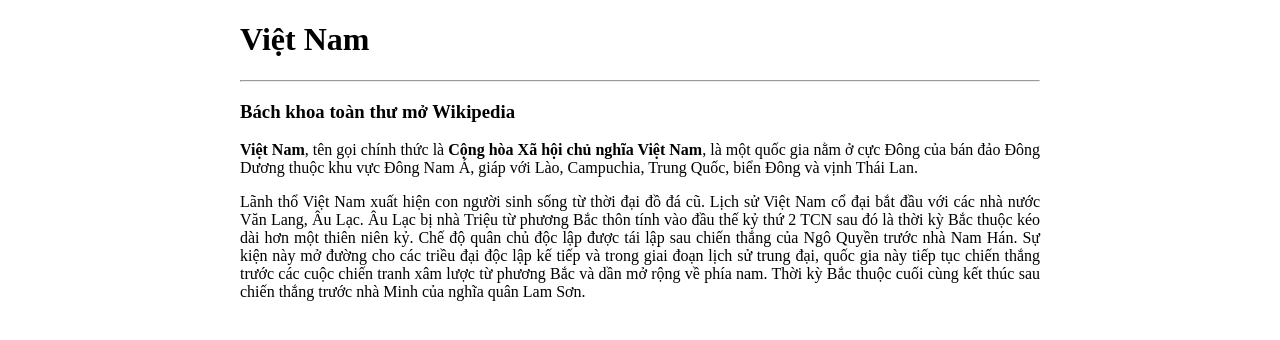
Repository: nguyenhung50497/MD2_cssCanBan
Page: dinhDangVanBanCSS/index.html
The author's editor kept a copy of each file at every save. The page is drawn from the files as they stood at one save, then again after a run of saves.
The browser window is 1280 px wide. The pictures show the whole page.

Above is the page before, as saved 2022-11-28 10:58:47.

### dinhDangVanBanCSS/index.html
<!DOCTYPE html>
<html lang="en">
<head>
    <meta charset="UTF-8">
    <meta http-equiv="X-UA-Compatible" content="IE=edge">
    <meta name="viewport" content="width=device-width, initial-scale=1.0">
    <link rel="stylesheet" href="main.css">
    <title>Document</title>
</head>
<body>
    <div>
        <h1>Việt Nam</h1>
        <hr>
        <h3>Bách khoa toàn thư mở Wikipedia</h3>
        <p><strong>Việt Nam</strong>, tên gọi chính thức là <strong>Cộng hòa Xã hội chủ nghĩa Việt Nam</strong>, là một <span class="span2">quốc gia</span> nằm ở cực Đông của <span class="span2">bán đảo Đông Dương</span> thuộc khu vực <span class="span2">Đông Nam Á</span>, giáp với <span class="span2">Lào, Campuchia, Trung Quốc, biển Đông</span> và <span class="span2">vịnh Thái Lan</span>.</p>

        <p>Lãnh thổ Việt Nam xuất hiện con người sinh sống từ <span class="span2">thời đại đồ đá cũ</span>. Lịch sử Việt Nam cổ đại bắt đầu với các nhà nước <span class="span2">Văn Lang, Âu Lạc</span>. Âu Lạc bị <span class="span2">nhà Triệu</span> từ phương Bắc thôn tính vào đầu thế kỷ thứ 2 TCN sau đó là thời kỳ <span class="span2">Bắc thuộc</span> kéo dài hơn một <span class="span2">thiên niên kỷ</span>. Chế độ quân chủ độc lập được tái lập sau <span class="span2">chiến thắng</span> của <span class="span2">Ngô Quyền</span> trước <span class="span2">nhà Nam Hán</span>. Sự kiện này mở đường cho các triều đại độc lập kế tiếp và trong giai đoạn lịch sử trung đại, quốc gia này tiếp tục chiến thắng trước <span class="span2">các cuộc chiến tranh xâm lược từ phương Bắc</span> và dần <span class="span2">mở rộng về phía nam</span>. <span class="span2">Thời kỳ Bắc thuộc</span> cuối cùng kết thúc sau chiến thắng trước <span class="span2">nhà Minh</span> của <span class="span2">nghĩa quân Lam Sơn</span>.</p>
    </div>
</body>
</html>

### dinhDangVanBanCSS/main.css
div {
    width: 800px;
    margin: auto;
    text-align: justify;
}
.span1 {

}

After the next 5 saves:
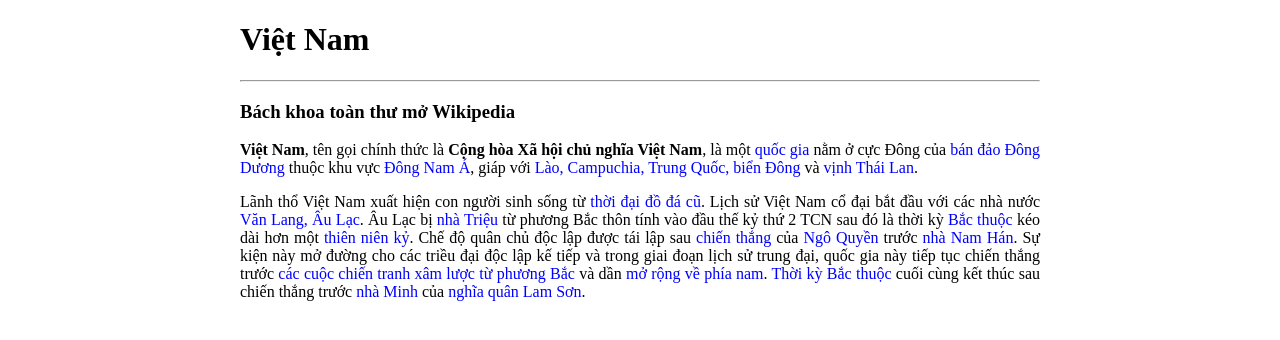
The 5 saves are shown as one change because they came seconds apart.
The last was saved 12 s later.
--- a/dinhDangVanBanCSS/main.css
+++ b/dinhDangVanBanCSS/main.css
@@ -3,6 +3,6 @@
     margin: auto;
     text-align: justify;
 }
-.span1 {
-
+.span2 {
+    color: blue;
 }
